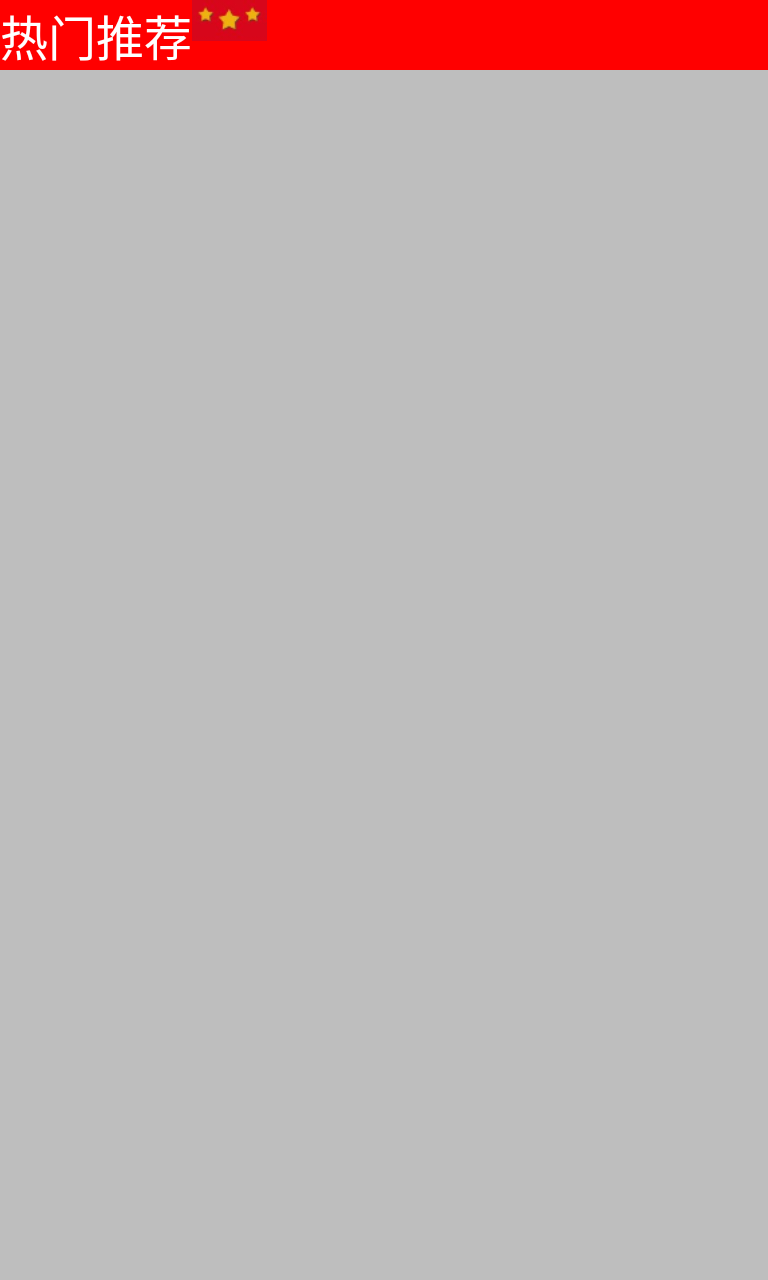
Repository: hhxiaojQCS/QCS_ListView
Layout: QCS/res/layout/activity_toprecommended.xml
These files come from the project's save history. The layout is drawn as it stood at one moment and after the next save; the edit follows.
It is drawn on a 768 x 1280 px phone screen (xhdpi) without system bars, with theme AppTheme; the app's code is not run. Lists and similar views that code fills are empty.

Above is the layout before, as saved 2013-08-07 06:42:38.

### QCS/res/layout/activity_toprecommended.xml
<?xml version="1.0" encoding="utf-8"?>
<LinearLayout xmlns:android="http://schemas.android.com/apk/res/android"
    android:id="@+id/lilay01"
    android:layout_width="fill_parent"
    android:layout_height="fill_parent"
    android:background="#BEBEBE"
    android:orientation="vertical" >

    <LinearLayout
        android:layout_width="fill_parent"
        android:layout_height="wrap_content"
        android:background="#FF0000"
        android:gravity="left"
        android:android:paddingLeft="20dip"
        android:orientation="horizontal" >

        <TextView
            android:id="@+id/tv_01"
            android:layout_width="wrap_content"
            android:layout_height="wrap_content"
            android:text="热门推荐"
            android:textColor="#FFFFFF"
            android:textSize="24sp" />

       <ImageView
           android:id="@+id/imgv01"
           android:layout_width="wrap_content"
           android:layout_height="wrap_content"
           android:src="@drawable/xx"

           />

    </LinearLayout>

<ListView android:layout_width="wrap_content"
          android:layout_height="wrap_content"
          android:id="@+id/lv01"

          />
</LinearLayout>

Loaded but not shown: QCS/res/values/styles.xml (common file); QCS/res/values-v11/styles.xml (common file); QCS/res/values-v14/styles.xml (common file)

After the next save:
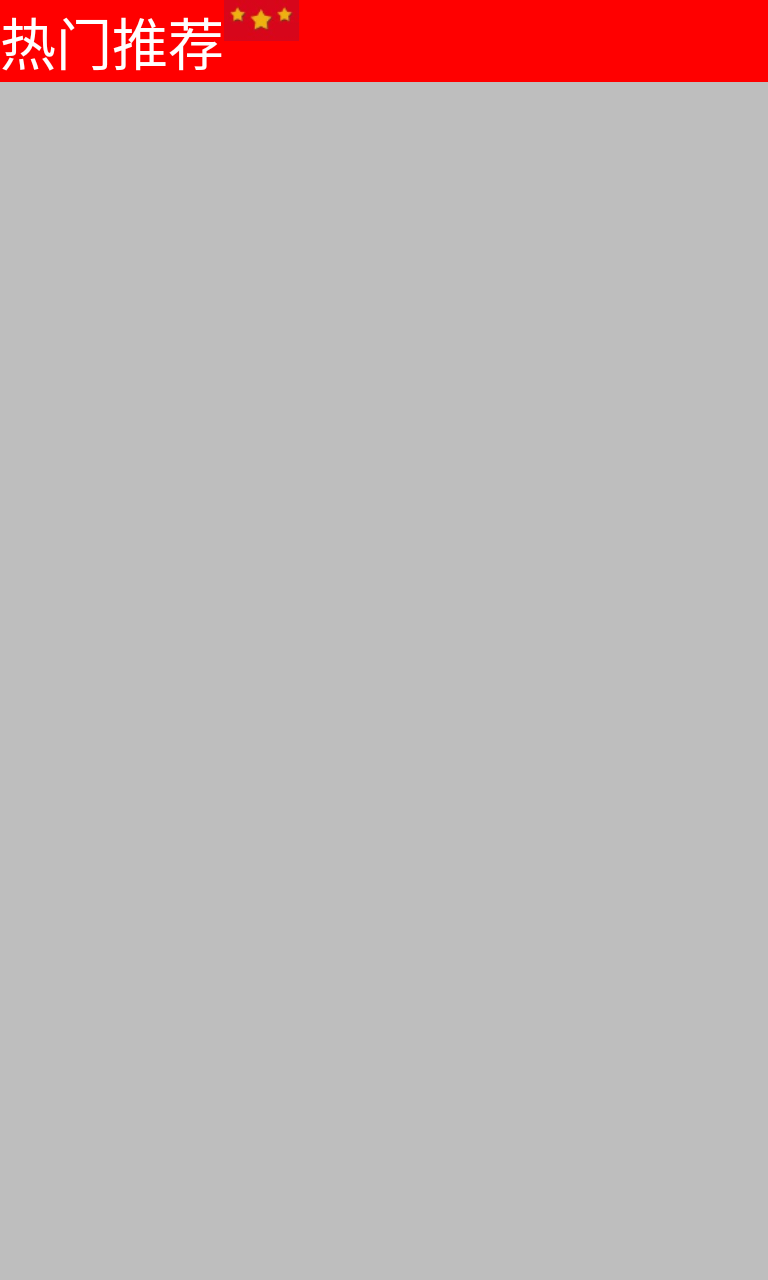
Saved 11 s later.
--- a/QCS/res/layout/activity_toprecommended.xml
+++ b/QCS/res/layout/activity_toprecommended.xml
@@ -20,7 +20,7 @@
             android:layout_height="wrap_content"
             android:text="热门推荐"
             android:textColor="#FFFFFF"
-            android:textSize="24sp" />
+            android:textSize="28sp" />
 
        <ImageView
            android:id="@+id/imgv01"
